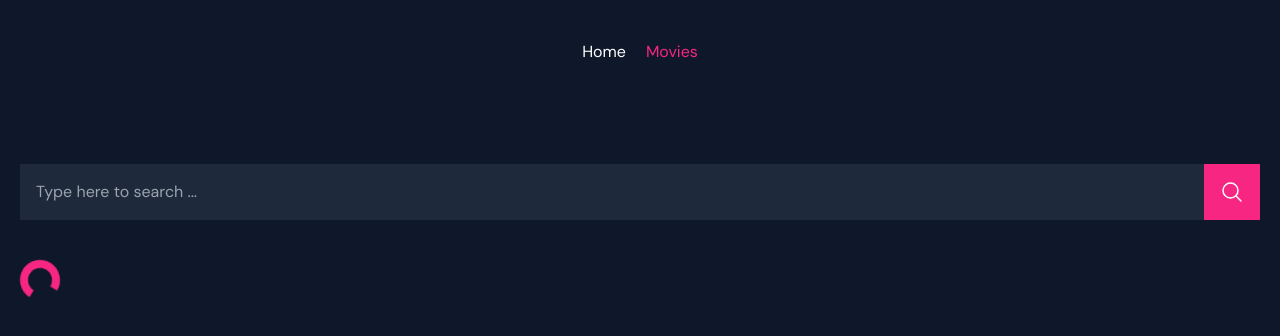
Repository: thanhdinh01/simple-movie
Page: /movies
An editor plug-in stored every save of this project. The page is shown before and after the next save, followed by the edit.
The browser window is 1280 px wide. The pictures show the whole page.
The page's requests for data from a server got no answer. The project was rebuilt for these pictures with package versions that can differ from the ones it lists, and the page was loaded fresh each time. No one was signed in, and anything a server would have sent is missing. Also part of the build but not shown: src/components/banner/Banner.js, src/components/movie/MovieCard.js, src/components/movie/MovieList.js, src/pages/HomePage.js, src/pages/MovieDetailPage.js.

Above is the page before, as saved 2023-03-01 11:11:45.

After the next save:
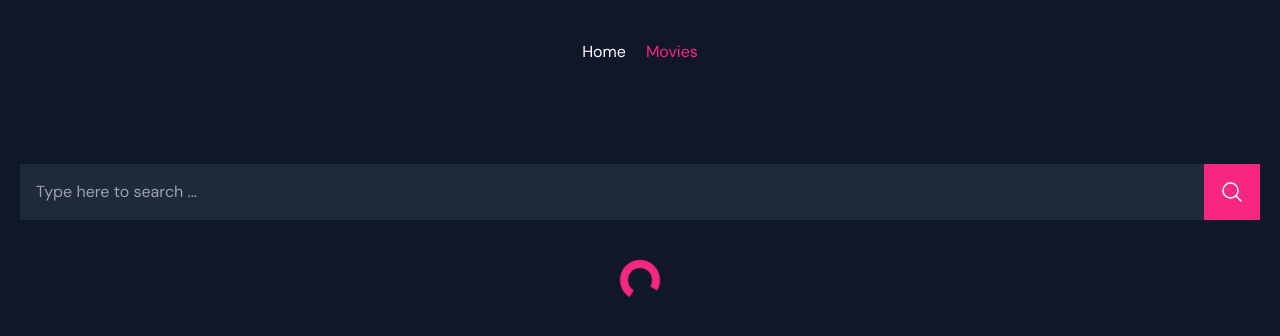
Saved 27 s later.
--- a/src/pages/MoviePage.js
+++ b/src/pages/MoviePage.js
@@ -69,7 +69,7 @@ const MoviePage = () => {
         </button>
       </div>
       {!loading && (
-        <div className="flex justify-center items-center h-10 w-10 rounded-full border-8 border-primary border-t-transparent animate-spin"></div>
+        <div className="flex justify-center items-center mx-auto h-10 w-10 rounded-full border-8 border-primary border-t-transparent animate-spin"></div>
       )}
       {!loading && (
         <div className="grid grid-cols-4 gap-10 text-white">
